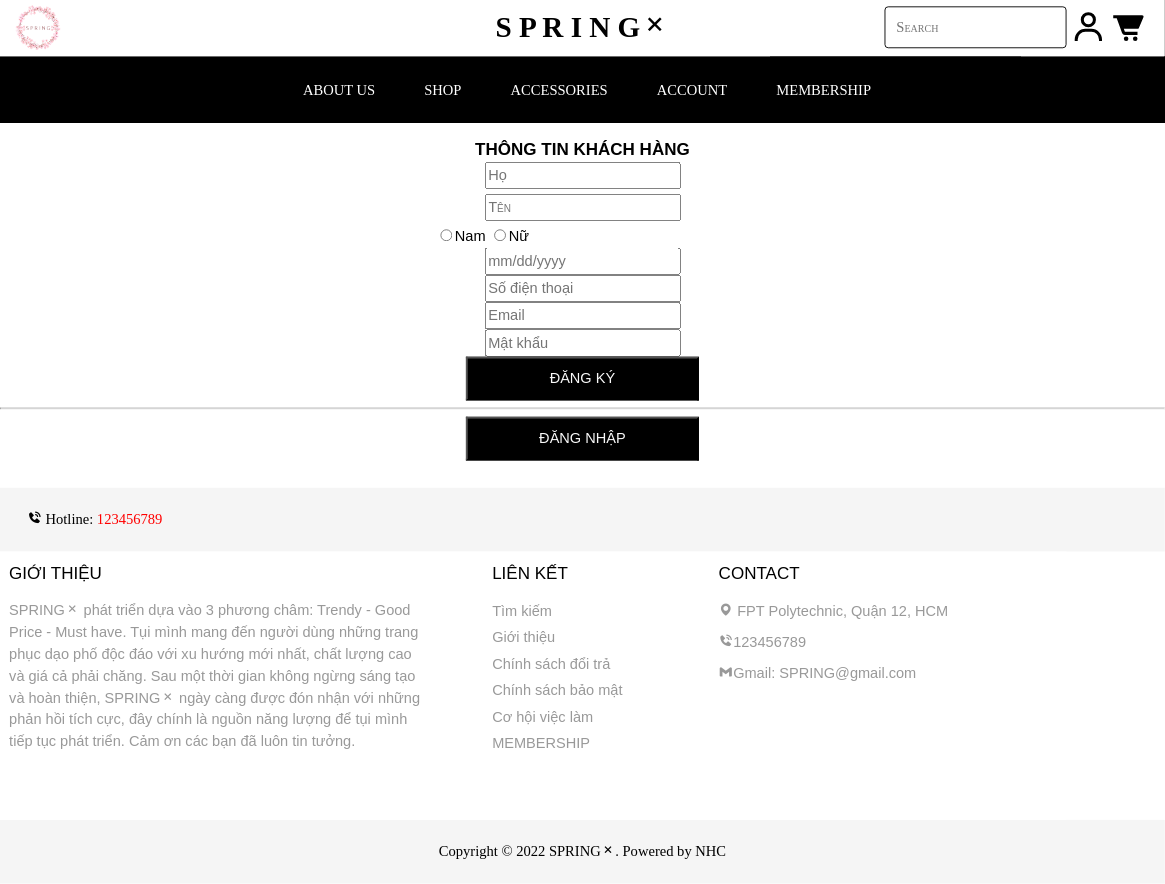
Repository: chuong2811/chuong2811
Page: ASM-PER/index.html
An editor plug-in stored every save of this project. The page is shown before and after the next save, followed by the edit.
The browser window is 1280 px wide. The pictures show the whole page, at 91% of full size.
Some web fonts or font styles are not loaded; a fallback is used.

Above is the page before, as saved 2022-02-18 23:39:32.

After the next save:
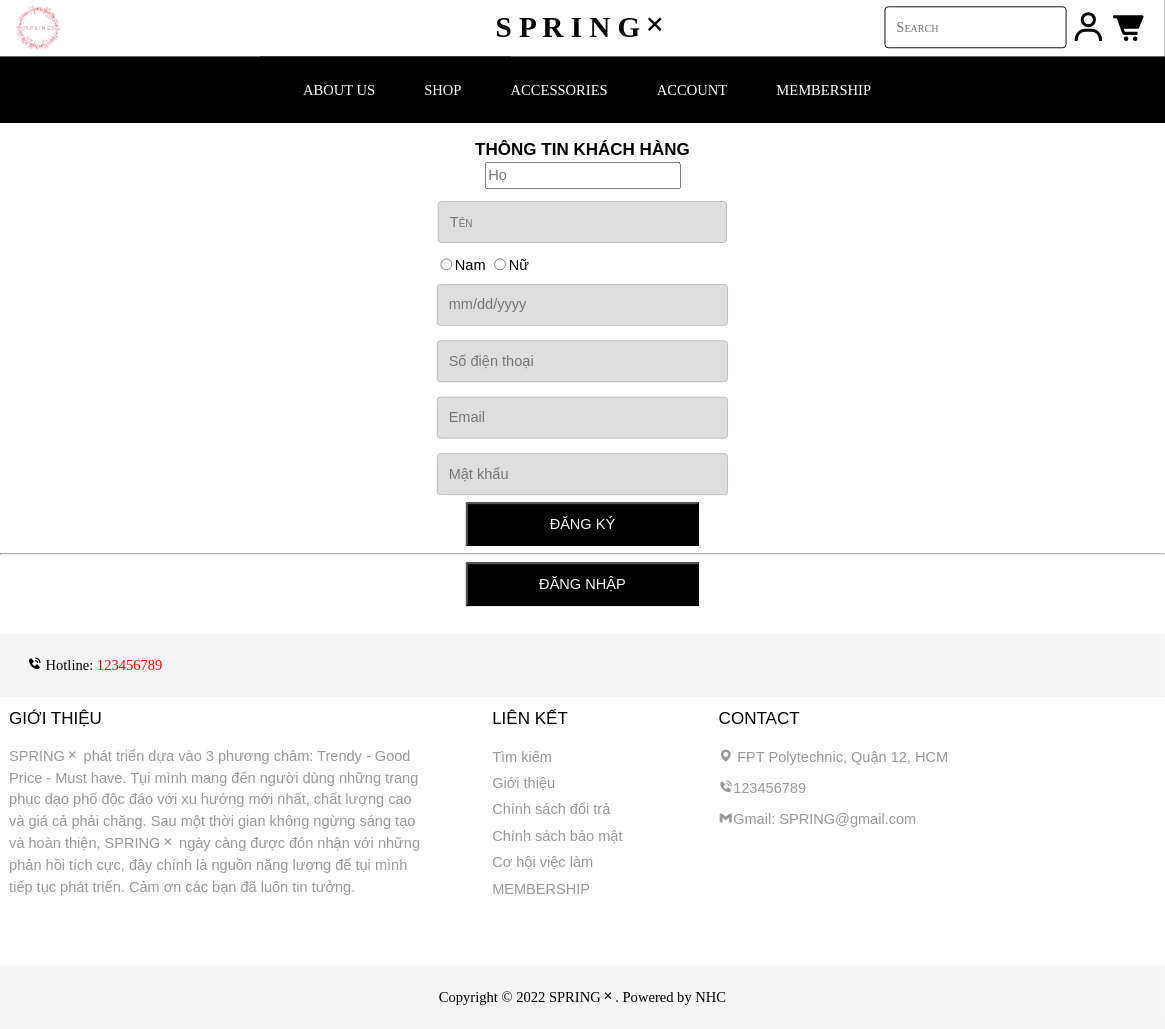
Saved 1 s later.
--- a/ASM-PER/index.html
+++ b/ASM-PER/index.html
@@ -64,23 +64,23 @@
             <input class="control" type="text" placeholder="Họ">
         </div>
         <div class="ten">
-            <input class="control" type="text" placeholder="Tên">
+            <input class="control2" type="text" placeholder="Tên">
         </div>
         <div class="gioitinh">
             <label><input type="radio">Nam</label>
             <label><input type="radio">Nữ</label>
         </div>
         <div class="sinh">
-            <input class="control"type="text" value placeholder="mm/dd/yyyy">
+            <input class="control2"type="text" value placeholder="mm/dd/yyyy">
         </div>
         <div class="so">
-            <input class="control" type="munber" placeholder="Số điện thoại">
+            <input class="control2" type="munber" placeholder="Số điện thoại">
         </div>
         <div class="email">
-            <input class="control"type="text" placeholder="Email">
+            <input class="control2"type="text" placeholder="Email">
         </div>
         <div class="pass">
-            <input class="control"type="text" placeholder="Mật khẩu">
+            <input class="control2"type="text" placeholder="Mật khẩu">
         </div>
         <div class="dangky">
             <button class="control1"class="button">ĐĂNG KÝ</button>
